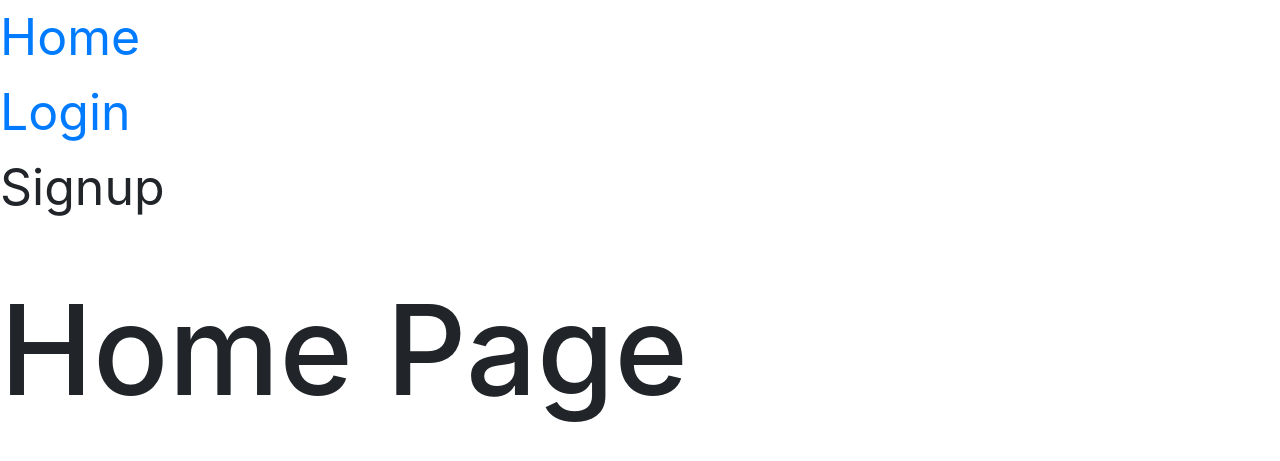
Repository: SCScbc-Projects2022/project-three
Page: / (app in client/)
The author's editor kept a copy of each file at every save. The page is drawn from the files as they stood at one save, then again after a run of saves.
The browser window is 1280 px wide. The pictures show the whole page.
The project was rebuilt for these pictures with package versions that can differ from the ones it lists, and the page was loaded fresh each time. Also part of the build but not shown: client/src/utils/mutations.js, client/src/components/LoginForm.js, client/src/components/SignupForm.js.

Above is the page before, as saved 2022-07-18 10:21:16.

After the next 4 saves:
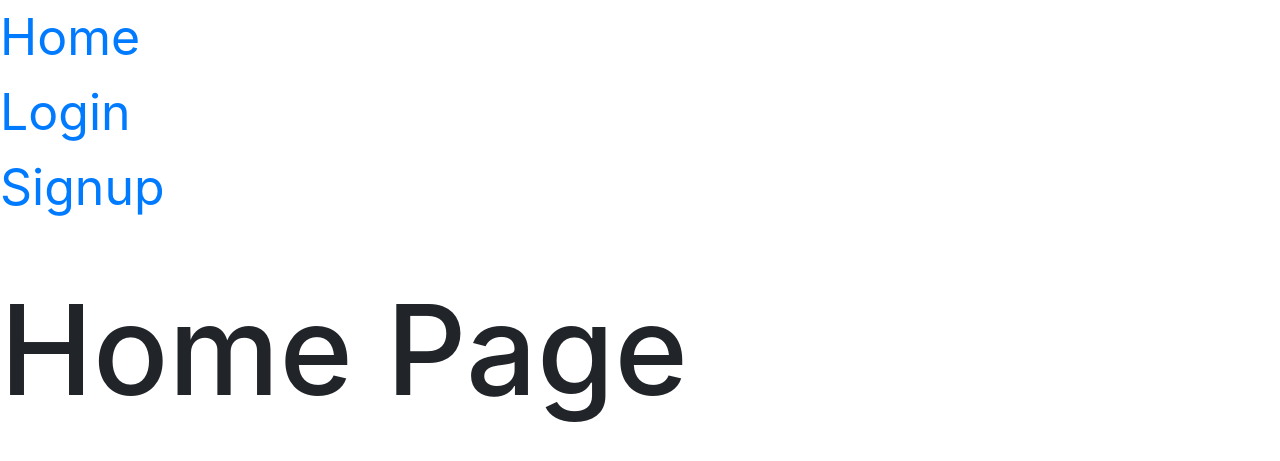
The 4 saves are shown as one change because they came seconds apart.
The last was saved 15 s later.
--- a/client/src/components/Navbar.js
+++ b/client/src/components/Navbar.js
@@ -47,7 +47,15 @@ const Navbar = ({ setActivePage, activePage }) => {
             Login
           </a>
         </li>
-        <li>Signup</li>
+        <li>
+          <a
+            className={`navItem ${activePage.Signup ? 'active' : ''}`}
+            href="#Signup"
+            onClick={(e) => handlePage(e)}
+          >
+            Signup
+          </a>
+        </li>
       </ul>
     </>
   );
